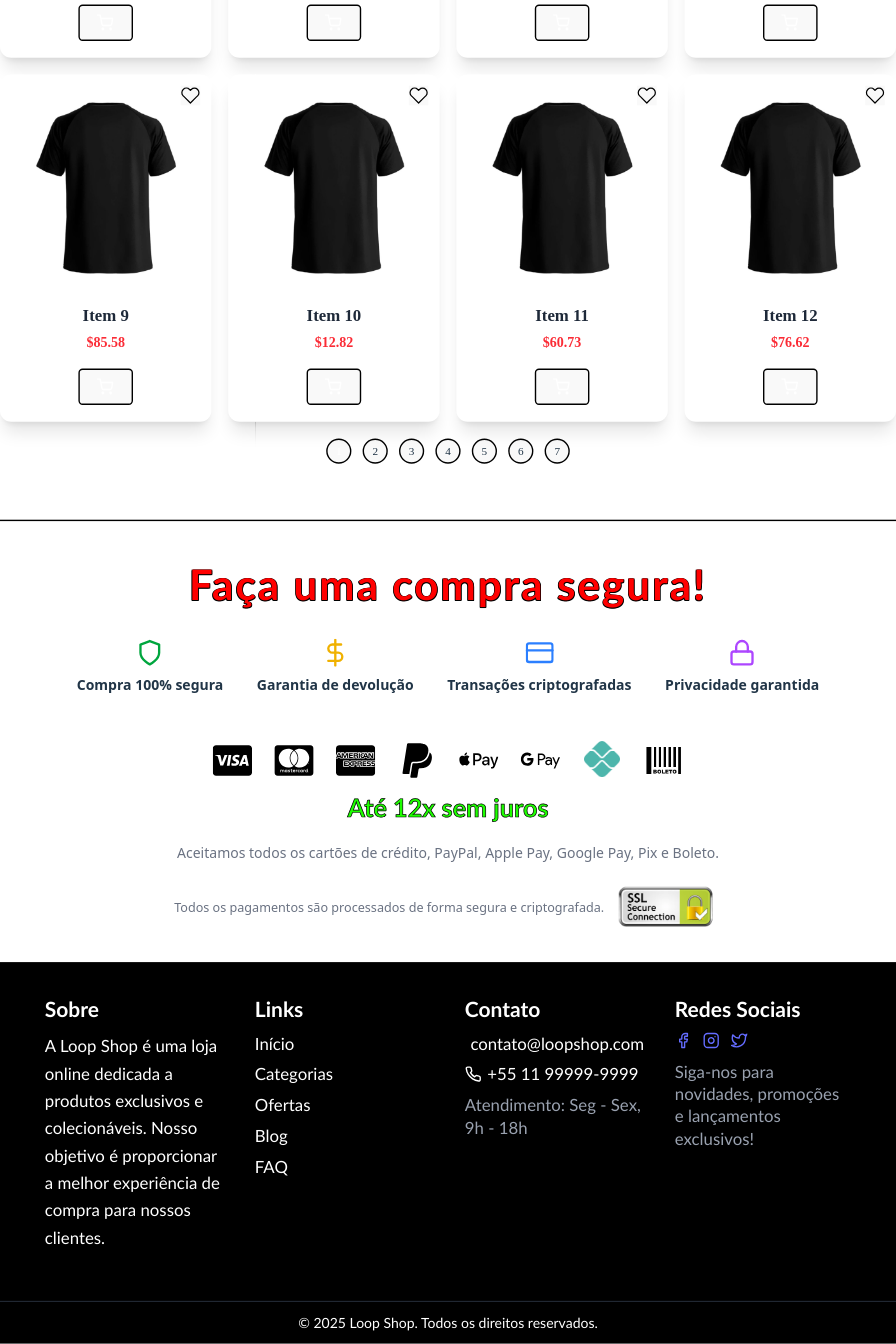
Repository: Kevin-Pro-Codes/looping-e-commerce
Page: / (app in loop-client/)
These files come from the project's save history. The page is drawn as it stood at one moment and after the next save; the edit follows.
The browser window is 1280 px wide. The pictures show the part of the page from y = 1448 to 3368 px (the page is 3368 px tall before and 3308 px after), at 70% of full size.
The project was rebuilt for these pictures with package versions that can differ from the ones it lists, and the page was loaded fresh each time. Also part of the build but not shown: loop-client/vite.config.js.

Above is the page before, as saved 2025-10-02 19:10:05.

After the next save:
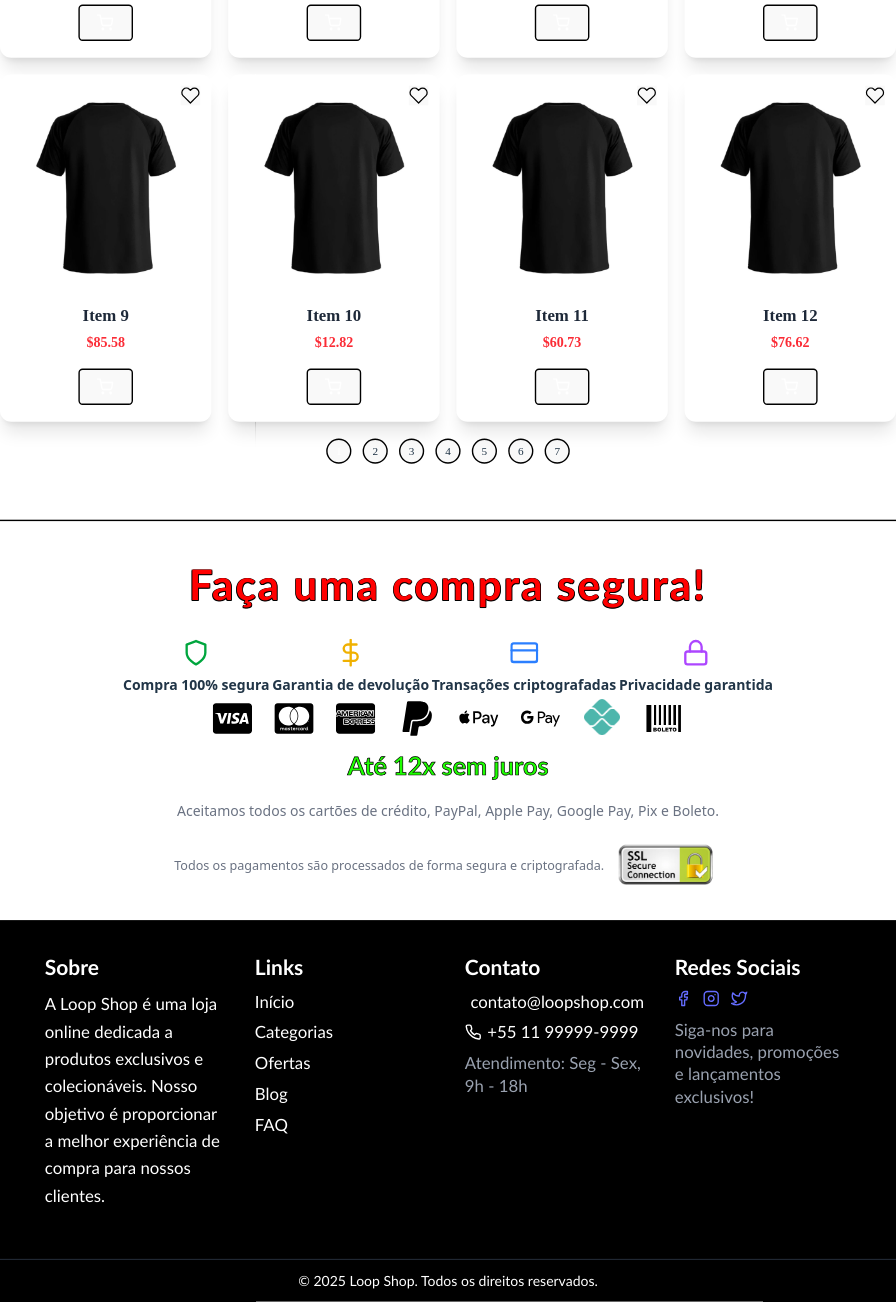
Saved 4 s later.
--- a/loop-client/src/components/Pagamento.jsx
+++ b/loop-client/src/components/Pagamento.jsx
@@ -41,7 +41,7 @@ const Pagamento = () => {
 
 
         {/* Selos de segurança */}
-        <div className="flex flex-col md:flex-row items-center justify-center gap-12 mb-16 text-center">
+        <div className="flex flex-col md:flex-row items-center justify-center gap-1 mb-1 text-center">
           <div className="flex flex-col items-center gap-3">
             <FiShield size={40} className="text-green-600" />
             <p className="text-xl font-semibold">Compra 100% segura</p>
